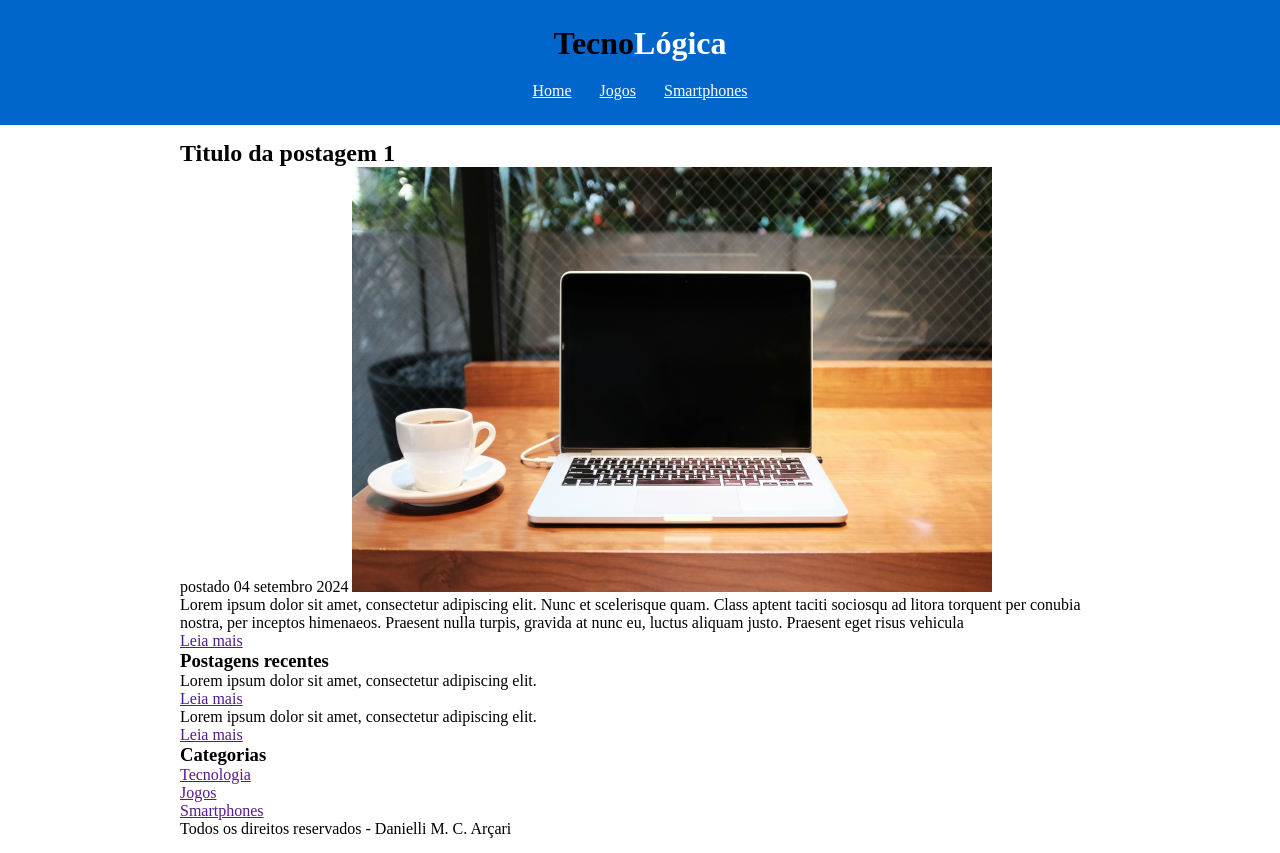
Repository: danielli-arcari/blog-html-css
Page: index.html
These files come from the project's save history. The page is drawn as it stood at one moment and after the next save; the edit follows.
The browser window is 1280 px wide. The pictures show the whole page.

Above is the page before, as saved 2026-03-10 16:28:43.

### index.html
<!DOCTYPE html>
<html lang="pt-br">

<head>
    <meta charset="UTF-8">
    <meta name="viewport" content="width=device-width, initial-scale=1.0">
    <title>TecnoLógica - Tudo sobre tecnologia</title>

    <link rel="stylesheet" href="css/style.css">
</head>

<body>

    <div id="header">

        <div id="logo">
            <h1>Tecno<span class="white">Lógica</span></h1>
        </div>

        <div id="menu">
            <a href="index.html">Home</a>
            <a href="jogos.html">Jogos</a>
            <a href="smartphones.html">Smartphones</a>
        </div>

    </div>

    <div id="content">

        <div id="posts">

            <!-- abertura postagem -->
            <div class="post">
                <h2>Titulo da postagem 1</h2>
                <span class="data-post">postado 04 setembro 2024</span>
                <img class="img-post" src="imagens/tecnologia01.png">
                <p>
                    Lorem ipsum dolor sit amet, consectetur adipiscing elit. Nunc et scelerisque quam. Class aptent taciti sociosqu ad litora torquent per conubia nostra, per inceptos himenaeos. Praesent nulla turpis, gravida at nunc eu, luctus aliquam justo. Praesent eget risus vehicula
                </p>
                <a href="">Leia mais</a>
            </div>
            <!--fechamento postagem -->

        </div>

        <div id="right-side">

            <div class="content-right">
                <h3>Postagens recentes</h3>

                <div class="post-right">
                    <p>Lorem ipsum dolor sit amet, consectetur adipiscing elit.</p>
                    <a href="">Leia mais</a>
                </div>

                <div class="post-right" style="border-bottom: none;">
                    <p>Lorem ipsum dolor sit amet, consectetur adipiscing elit.</p>
                    <a href="">Leia mais</a>
                </div>

            </div>

            <div class="content-right">
                <h3>Categorias</h3>

                <a href="">Tecnologia</a><br>
                <a href="">Jogos</a><br>
                <a href="">Smartphones</a><br>

            </div>

        </div>

        <div id="footer">
            Todos os direitos reservados - Danielli M. C. Arçari
        </div>

    </div>
</body>

</html>

### css/style.css
/*
***limpar formatações***
*/
*{
    margin: 0;
    padding: 0;
}
/*
***header***
*/
#header{
    background-color: #0066CC;
    padding: 15px;
    text-align: center;
}

#logo, #menu{
    padding: 10px;
}

#header a:link, #header a:visited{
    color: #FFFFFF;
    padding: 8px 12px;
}

#header a:hover{
    color: #0066CC;
    background: #FFFFFF;
    text-decoration: none;
}
.white{
    color: #FFFFFF;
}

/*
***conteúdo***
*/
#content{
    width: 920px;
    margin: 0 auto;
    padding: 15px;
}

After the next save:
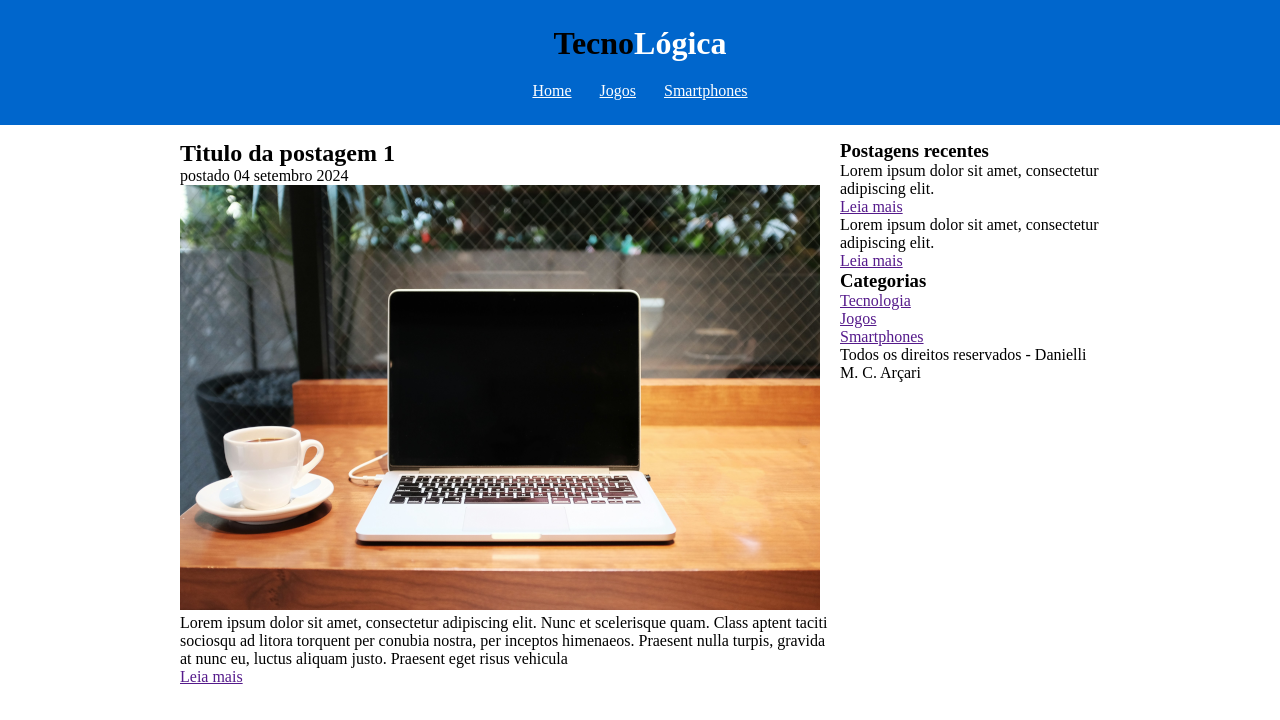
Saved 96 s later.
--- a/css/style.css
+++ b/css/style.css
@@ -40,3 +40,8 @@
     margin: 0 auto;
     padding: 15px;
 }
+
+#posts{
+    width: 660px;
+    float: left;
+}
